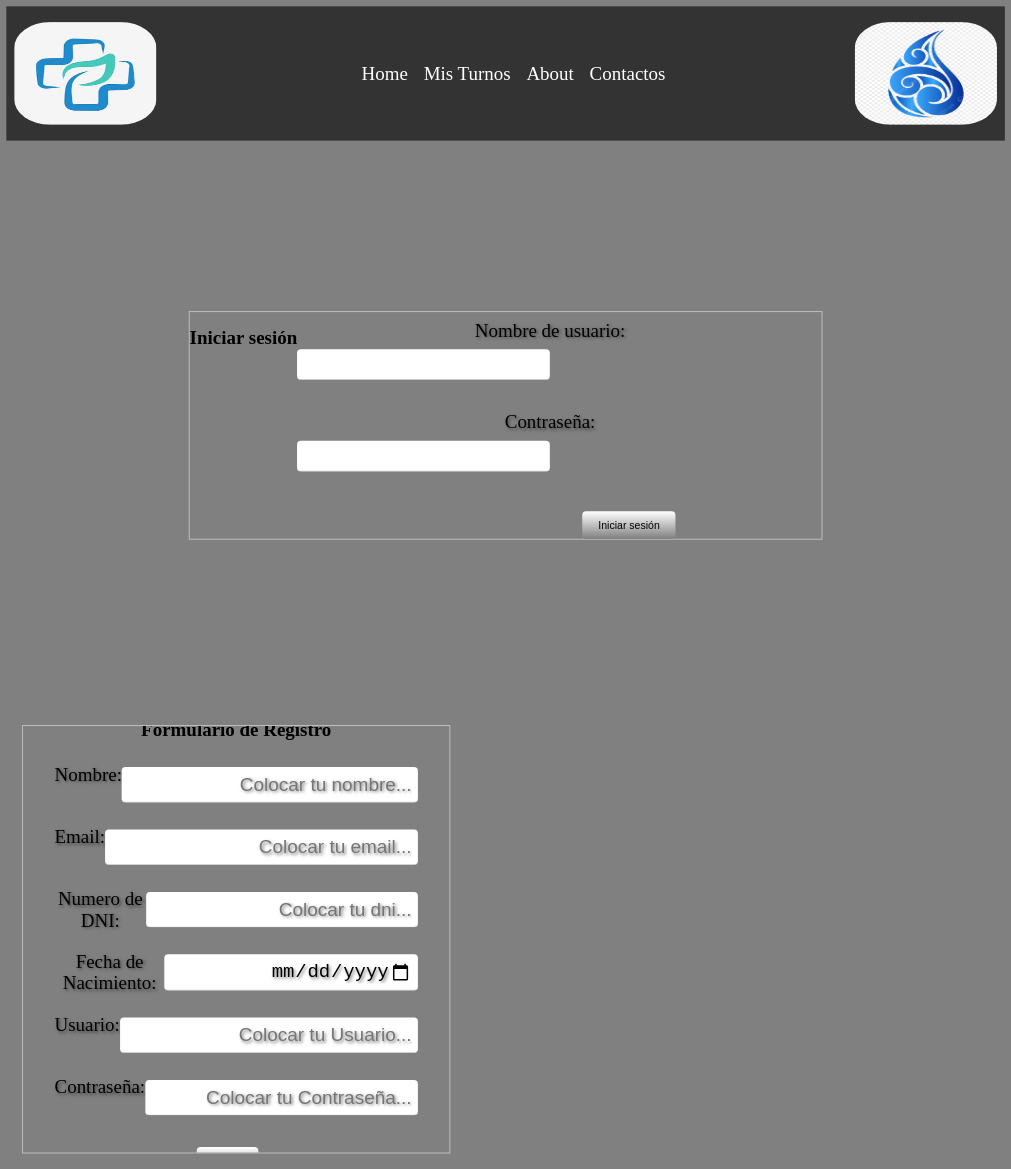
Repository: mauro8778/TurnoClinica
Page: / (app in front/vite-project/)
These files come from the project's save history. The page is drawn as it stood at one moment and after the next save; the edit follows.
The browser window is 1280 px wide. The pictures show the whole page, at 79% of full size.
The project was rebuilt for these pictures with package versions that can differ from the ones it lists, and the page was loaded fresh each time. Also part of the build but not shown: front/vite-project/vite.config.js.

Above is the page before, as saved 2024-04-14 14:11:04.

### front/vite-project/src/App.jsx

import "./index.css"
import NavBar from "./components/NavBar/NavBar.jsx";
import Login from "./views/Login/Login"
import Register from "./views/Register/Register.jsx";


function App() {


  return (
    <>
    <NavBar/>
  <Login/>
  <Register/>
    </>


  )
}

export default App

### front/vite-project/src/index.css
body{

  background-color: grey;
}

### front/vite-project/src/components/NavBar/NavBar.jsx

import  "./NavBar.css";
import hospital from "../../assets/hospital.jpg"
import logo from "../../assets/logo.jpg"


const NavBar=()=>{

    return(
    <>

    <div className="navbar">
      <img src={hospital} alt="Imagen 1" className="left-image" />
      <ul className="nav-list">
        <li>Home</li>
        <li>Mis Turnos </li>
        <li>About</li>
        <li>Contactos </li>
      </ul>
      <img src={logo} alt="Imagen 2" className="right-image" />
    </div>


    </>
    )
}
export default NavBar;

### front/vite-project/src/views/Login/Login.jsx
import { useState } from "react";
import axios from "axios"
import "./login.css";

const LoginForm = () => {
  const [credentials, setCredentials] = useState({
    username: "",
    password: ""
  });

  const [error, setError] = useState("");

  const handleInputChange = (event) => {
    const { name, value } = event.target;
    setCredentials({
      ...credentials,
      [name]: value
    });
  };

  const handleFormSubmit = async (event) => {
    event.preventDefault();
    if (!credentials.username && !credentials.password) {
        setError("Faltan rellenar los campos de usuario y contraseña");
        return;
      }
      if (!credentials.username) {
        setError("Falta colocar el nombre de usuario");
        return;
      }
      if (!credentials.password) {
        setError("Falta colocar la contraseña");
        return;
      }
    try {
        const response = await axios.post("http://localhost:3000/users/loguin", credentials);
        if (response.status === 200) {
          alert("Inicio de sesión exitoso");
        } else {
          setError("Credenciales inválidas");
        }
    } catch (error) {
        if (error.response && error.response.status === 400) {
          setError("Usuario inexistente");
        } else if (error.response && error.response.status === 401) {
          setError("Contraseña incorrecta");
        } else {
          setError ("Error al iniciar sesión. Por favor, inténtalo de nuevo más tarde");
        }
    }
};
  return (
    <div className="card-container">
    <div className="card">
      <h2>Iniciar sesión</h2>
      <form onSubmit={handleFormSubmit} className="form-container">
        <div className="input-container">
          <label htmlFor="username">Nombre de usuario:</label>
          <input
            type="text"
            id="username"
            name="username"
            value={credentials.username}
            onChange={handleInputChange}
          />
        </div>
        <div className="input-container">
          <label htmlFor="password">Contraseña:</label>
          <input
            type="password"
            id="password"
            name="password"
            value={credentials.password}
            onChange={handleInputChange}
          />
        </div>
        {error && <p className="error">{error}</p>}
        <button type="submit">Iniciar sesión</button>
      </form>
    </div>
  </div>
);
};

export default LoginForm;

### front/vite-project/src/views/Register/Register.jsx

import { useState, useEffect } from "react";
import "../Register/Register.css";
import { Validate } from "../../helper/validate";
import axios from "axios";

const Register = () => {
  const [userData, setUserData] = useState({
    name: "",
    email: "",
    nDni: "",
    birthdate: "",
    username: "",
    password: ""
  });

  const [errors, setErrors] = useState({
    name: "",
    email: "",
    nDni: "",
    birthdate: "",
    username: "",
    password: ""
  });

  const [formSubmitted, setFormSubmitted] = useState(false);

  const handleInputChange = (event) => {
    const { name, value } = event.target;
    setUserData({
      ...userData,
      [name]: value
    });
  };

  const handleFormSubmit = (event) => {
    event.preventDefault();
    setFormSubmitted(true);
  };

  useEffect(() => {
    if (formSubmitted) {
      const currentErrors = Validate(userData);
      setErrors(currentErrors);

      const noErrors = Object.values(currentErrors).every(
        (error) => error === ""
      );

      if (noErrors) {
        axios
          .post("http://localhost:3000/users/register", userData)
          .then(() => {
            alert("Usuario creado con éxito");
            setFormSubmitted(false);
            setUserData({
              name: "",
              email: "",
              nDni: "",
              birthdate: "",
              username: "",
              password: ""
            });
            setErrors({
              name: "",
              email: "",
              nDni: "",
              birthdate: "",
              username: "",
              password: ""
            });
          })
          .catch((error) => {
            console.error("Error al enviar los datos:", error);
          });
      }
    }
  }, [formSubmitted, userData]);

  return (
    <>
      <div className="tarjeta">
        <div className="contenido">
          <h2>Formulario de Registro</h2>
          <form onSubmit={handleFormSubmit}>
            <label htmlFor="name">
              Nombre:
              <input
                type="text"
                value={userData.name}
                name="name"
                placeholder="Colocar tu nombre..."
                onChange={handleInputChange}
              />
            </label>
            {formSubmitted && <p className="error">{errors.name}</p>}

            <label htmlFor="email">
              Email:
              <input
                type="text"
                value={userData.email}
                name="email"
                placeholder="Colocar tu email..."
                onChange={handleInputChange}
              />
            </label>
            {formSubmitted && <p className="error">{errors.email}</p>}

            <label htmlFor="nDni">
              Numero de DNI:
              <input
                type="text"
                value={userData.nDni}
                name="nDni"
                placeholder="Colocar tu dni..."
                onChange={handleInputChange}
              />
            </label>
            {formSubmitted && <p className="error">{errors.nDni}</p>}

            <label htmlFor="birthdate">
              Fecha de Nacimiento:
              <input
                type="date"
                value={userData.birthdate}
                name="birthdate"
                placeholder="Colocar tu Fecha de Nacimiento..."
                onChange={handleInputChange}
              />
            </label>
            {formSubmitted && <p className="error">{errors.birthdate}</p>}

            <label htmlFor="username">
              Usuario:
              <input
                type="text"
                value={userData.username}
                name="username"
                placeholder="Colocar tu Usuario..."
                onChange={handleInputChange}
              />
            </label>
            {formSubmitted && <p className="error">{errors.username}</p>}

            <label htmlFor="password">
              Contraseña:
              <input
                type="password"
                value={userData.password}
                name="password"
                placeholder="Colocar tu Contraseña..."
                onChange={handleInputChange}
              />
            </label>
            {formSubmitted && <p className="error">{errors.password}</p>}

            <button type="submit">Enviar</button>
          </form>
        </div>
      </div>
    </>
  );
};

export default Register;

### front/vite-project/src/components/NavBar/NavBar.css
.navbar {
  display: flex;
  justify-content: space-between;
  align-items: center;
  background-color: #333;
  padding: 10px;
  height: 150px;
}

.nav-list {
  list-style: none;
  display: flex;
  margin: 0;
  padding: 0;
}

.nav-list li {
  margin-left: 20px;
  color: white;
  font-size: 1.5rem;
}

.left-image,
.right-image {
  width: 180px;
  height: 130px;
  border-radius: 25%;
}

### front/vite-project/src/views/Login/login.css
.card-container {
  display: flex;
  justify-content: center;
  align-items: center;
  height: 100vh;
}
.centered{
  text-align: center;
  font-size: 3rem;
  color: black;
  padding: 10px 20px;
  text-shadow: 2px 2px 4px rgba(0, 0, 0, 0.5);
}
label{
  text-align: center;
  font-size: 1.5rem;
  color: black;
  padding: 10px 20px;
  border-radius: 5px;
  text-shadow: 2px 2px 4px rgba(0, 0, 0, 0.5);
  display: flex;
  justify-content: center;

}
input{
  text-align: right;
  font-size: 1.5rem;
  color: black;
  padding: 10px 20px;
  border-radius: 5px;
  text-shadow: 2px 2px 4px rgba(0, 0, 0, 0.5);
}

.card {
  display: flex;
  border: 1px solid #ccc;
  width: 80%;
  max-width: 800px;
}

.left-column,
.right-column {
  flex: 1;
  padding: 20px;
  background: linear-gradient(white,grey) ;
  display: flex;
  justify-content: center;
  align-items: center;
}

.left-column {
  border-right: 1px solid #ccc;
  background: linear-gradient(white,grey);
  display: flex;
  justify-content: center;
  align-items: center;
}

.right-column {
  display: flex;
  flex-direction: column;
  align-items: center;
  padding: 20px; }

.right-column h2 {
  margin-bottom: 20px;
}

.form-container {
  width: 80%;
  text-align: center;
}

.input-container {
  width: 100%;
  margin-bottom: 20px;
  text-align: left;
}

.error {
  color: red;
  text-align: center;
}

.button-container {
  margin: 0 5px;
}


.botones{
  display: flex;
  justify-content: space-between;
  align-items: center;
}
button {
  padding: 10px 20px;
  background: linear-gradient(white, grey);
  transition: background-color 0.3s ease;
  text-decoration: none;
  color: #333;
  border-radius: 5px;
}
button:hover {
  background-color: rgba(0, 0, 0, 0.1);
}
.Links {
  padding: 10px 20px;
  background: linear-gradient(white, grey);
  transition: background-color 0.3s ease;
  text-decoration: none;
  color: #333;
  border-radius: 5px;
}
.Links:hover {
  background-color: rgba(0, 0, 0, 0.1);
}

### front/vite-project/src/views/Register/Register.css
.tarjeta {
    display: flex;
    flex-direction: column;
    justify-content: center;
    align-items: center;
    width: 500px;
    height: 500px;
    margin: 20px;
    padding: 20px;
    position: relative;
    overflow: hidden;
    border: 1px solid #ccc;
    background-color: transparent;
    transition: all 0.3s ease;
  }

  .tarjeta:hover {
    transform: scale(1.05);
    box-shadow: 0 0 10px rgba(0, 0, 0, 0.2);
  }

  .contenido {
    display: flex;
    flex-direction: column;
    align-items: center;
  }

  .contenido h2 {
    color: black;
  }

  button {
    margin-top: 20px;
    padding: 10px 20px;
    background-color: transparent;
    border: none;
    color: black;
    cursor: pointer;
    margin-left: 200px;
  }

  button:hover {
    background-color: #ccc;
  }

  input {
    margin-bottom: 10px;
    padding: 5px;
    border: none;
    border-bottom: 1px solid #ccc;
    outline: none;
  }
  input:focus {
    border-bottom-color: black;
  }
  .error{
color: red;

  }
  .contenido label input {
    width: 100%;
    padding: 8px;
    margin-top: 4px;
  }

### front/vite-project/src/helper/validate.js
export const Validate = (input) => {
    const errors = {};

    const nameRegex = /^[A-Za-z]{1,20}$/;
    if (!nameRegex.test(input.name)) {
        errors.name = "El nombre debe contener solo letras y tener máximo 20 caracteres";
    }

    const emailRegex = /^[^\s@]+@[^\s@]+\.[^\s@]+$/;
    if (!emailRegex.test(input.email)) {
        errors.email = "El email no es válido";
    }

    const nDniRegex = /^\d{1,8}$/;
    if (!nDniRegex.test(input.nDni)) {
        errors.nDni = "El número de DNI debe contener solo números y tener máximo 8 dígitos";
    }

    const birthdateRegex = /^(19|20)\d\d-(0[1-9]|1[0-2])-(0[1-9]|[12][0-9]|3[01])$/;
    if (!birthdateRegex.test(input.birthdate)) {
        errors.birthdate = "La fecha de nacimiento no es válida";
    }

    const usernameRegex = /^[A-Za-z0-9_]{3,20}$/;
    if (!usernameRegex.test(input.username)) {
        errors.username = "El nombre de usuario debe contener solo letras, números y guiones bajos, y tener entre 3 y 20 caracteres";
    }

    const passwordRegex = /^.{8,}$/;
    if (!passwordRegex.test(input.password)) {
        errors.password = "La contraseña debe tener al menos 8 caracteres";
    }

    return errors;
};

Loaded but not shown: front/vite-project/index.html (common file); front/vite-project/src/main.jsx (common file)

After the next save:
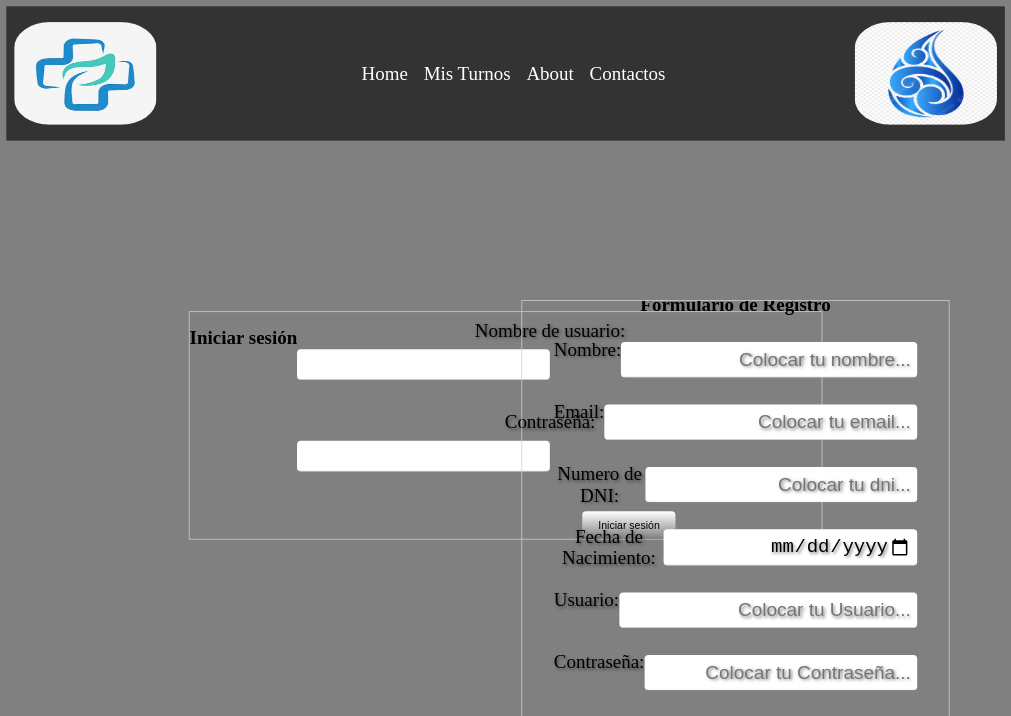
Saved 62 s later.
--- a/front/vite-project/src/views/Register/Register.css
+++ b/front/vite-project/src/views/Register/Register.css
@@ -12,6 +12,9 @@
     border: 1px solid #ccc;
     background-color: transparent;
     transition: all 0.3s ease;
+    position: fixed; /* Utiliza una posición fija para que se centre en la pantalla */
+  top: 50%; /* Posición vertical centrada */
+  left: 50%;
   }
 
   .tarjeta:hover {
